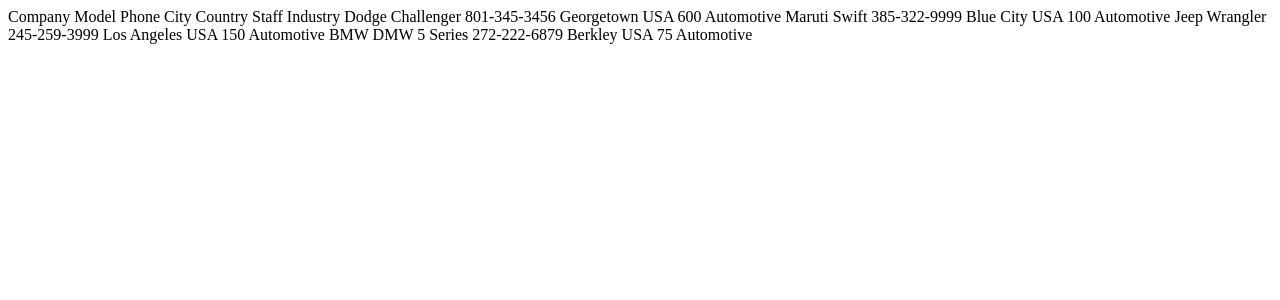
Repository: vgoins-RA2022/HTML-2
Page: index.html
An editor plug-in stored every save of this project. The page is shown before and after the next save, followed by the edit.
The browser window is 1280 px wide. The pictures show the whole page.

Above is the page before, as saved 2023-01-10 21:52:31.

### index.html
<!DOCTYPE html>
<html lang="en">

<head>
  <meta charset="UTF-8">
  <meta name="viewport" content="width=device-width, initial-scale=1">
  <link rel="stylesheet" href="..\\HTML-2\\src\\css\\Style.css" type="text/css">
  <title>HTML Table Assignment 2</title>
</head>

<body>
  <!-- <table>    -->
    <thead>
      <tr>
        <th>Company</th>
        <th>Model</th>
        <th>Phone</th>
        <th>City</th>
        <th>Country</th>
        <th>Staff</th>
        <th>Industry</th>
      </tr>
    </thead>
    <tbody>
      <tr>
        <td>Dodge</td>
        <td>Challenger</td>
        <td>801-345-3456</td>
        <td>Georgetown</td>
        <td>USA</td>
        <td>600</td>
        <td>Automotive</td>
      </tr>
       <tr>
        <td>Maruti</td>
        <td>Swift</td>
        <td>385-322-9999</td>
        <td>Blue City</td>
        <td>USA</td>
        <td>100</td>
        <td>Automotive</td>
      </tr><tr>
        <td>Jeep</td>
        <td>Wrangler</td>
        <td>245-259-3999</td>
        <td>Los Angeles</td>
        <td>USA</td>
        <td>150</td>
        <td>Automotive</td>
      </tr>
      <tr>
        <td>BMW</td>
        <td>DMW 5 Series</td>
        <td>272-222-6879</td>
        <td>Berkley</td>
        <td>USA</td>
        <td>75</td>
        <td>Automotive</td>
      </tr>
    </tbody>
  </table>

</body>



</html>

### src/css/Style.css

table, th, td {
  border: 1px solid black;
  border-collapse: collapse;
}

After the next save:
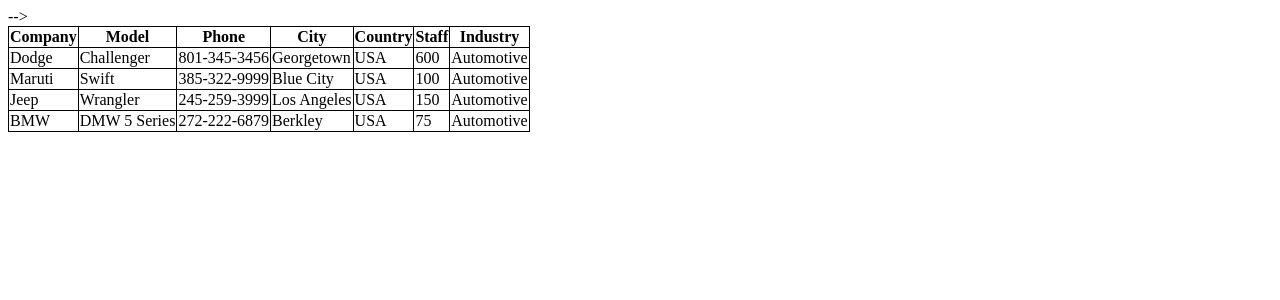
Saved 34 s later.
--- a/index.html
+++ b/index.html
@@ -9,7 +9,7 @@
 </head>
 
 <body>
-  <!-- <table>    -->
+  <table>    -->
     <thead>
       <tr>
         <th>Company</th>
